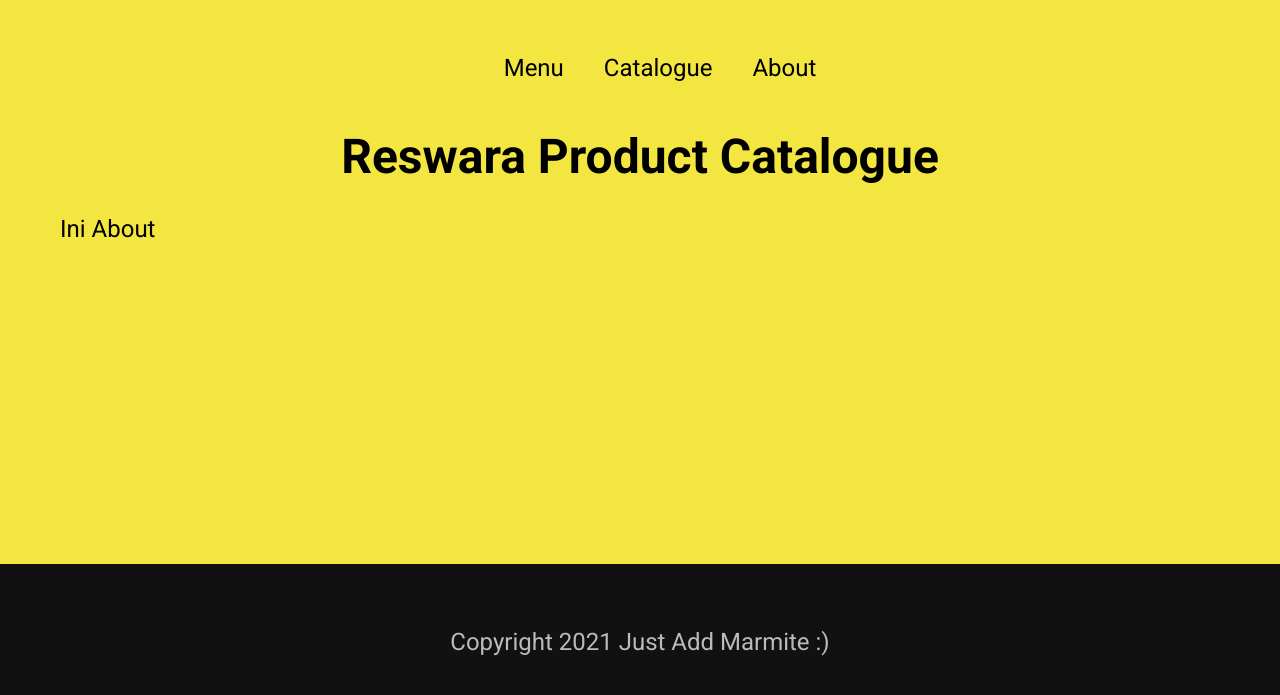
Repository: Fauzaanmhmd/Skripsi
Page: /about/about
The author's editor kept a copy of each file at every save. The page is drawn from the files as they stood at one save, then again after the next save.
The browser window is 1280 px wide. The pictures show the whole page.
The project was rebuilt for these pictures with package versions that can differ from the ones it lists, and the page was loaded fresh each time. The framework's server and built-in components were replaced by stand-ins that run in the browser. Also part of the build but not shown: next.config.js.

Above is the page before, as saved 2021-05-24 21:28:50.

After the next save:
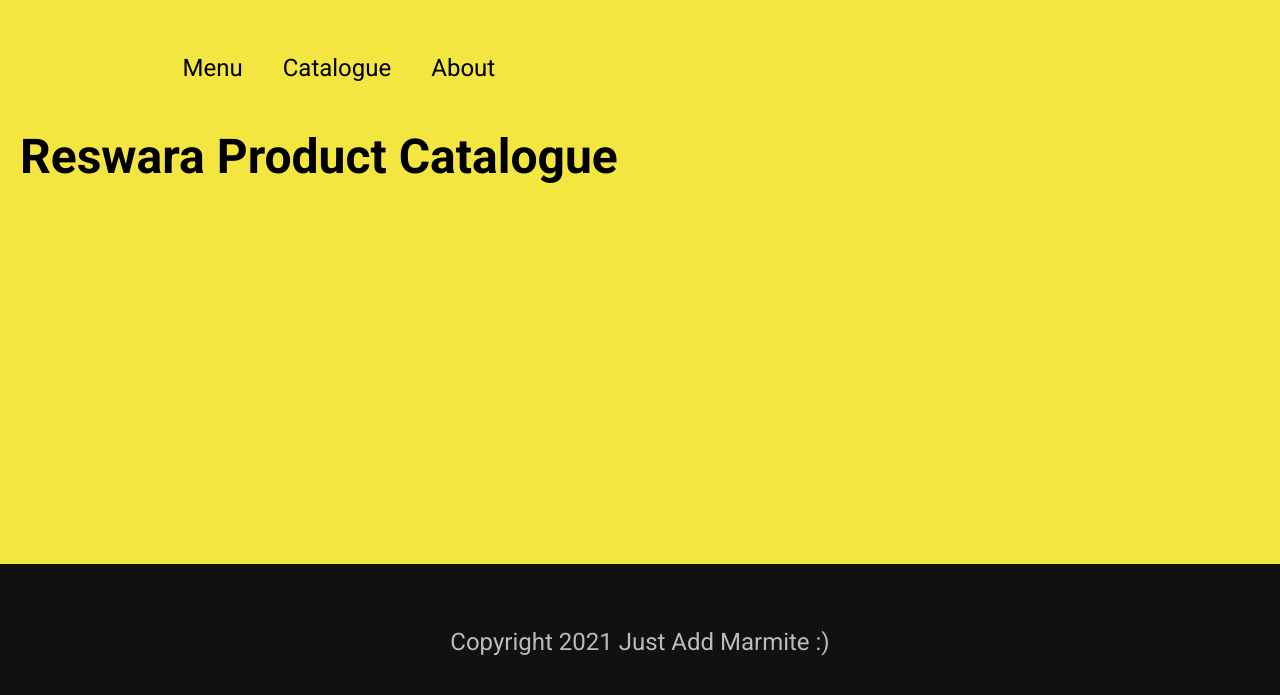
Saved 27 s later.
--- a/styles/globals.css
+++ b/styles/globals.css
@@ -61,10 +61,11 @@
   align-items: center;
   background-color: #F4E640;
   flex-direction: column-reverse;
+  position: fixed;
 }
 
 navbar_menu {
-  position: fixed;
+
 }
 ul{
   list-style-type: none;

After the 2 saves that followed:
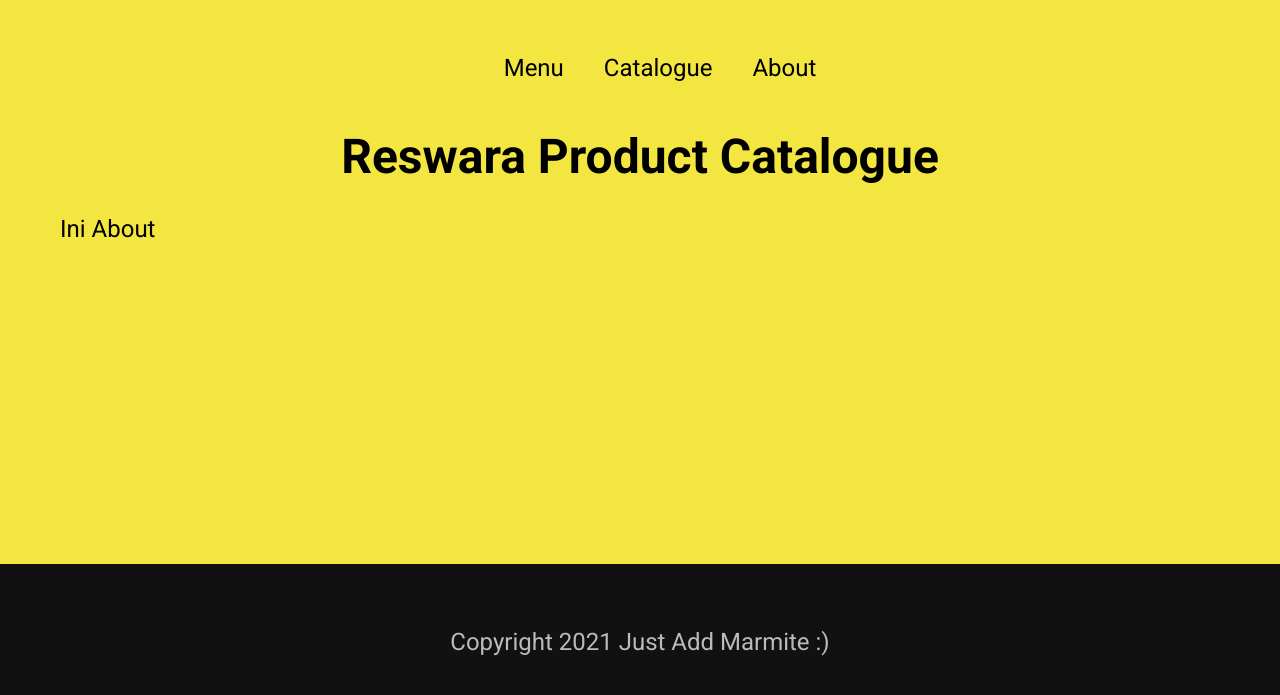
The 2 saves are shown as one change because 1 left the picture as it was.
The last was saved 21 s later.
--- a/styles/globals.css
+++ b/styles/globals.css
@@ -61,11 +61,10 @@
   align-items: center;
   background-color: #F4E640;
   flex-direction: column-reverse;
-  position: fixed;
 }
 
 navbar_menu {
-
+  position: fixed;
 }
 ul{
   list-style-type: none;
